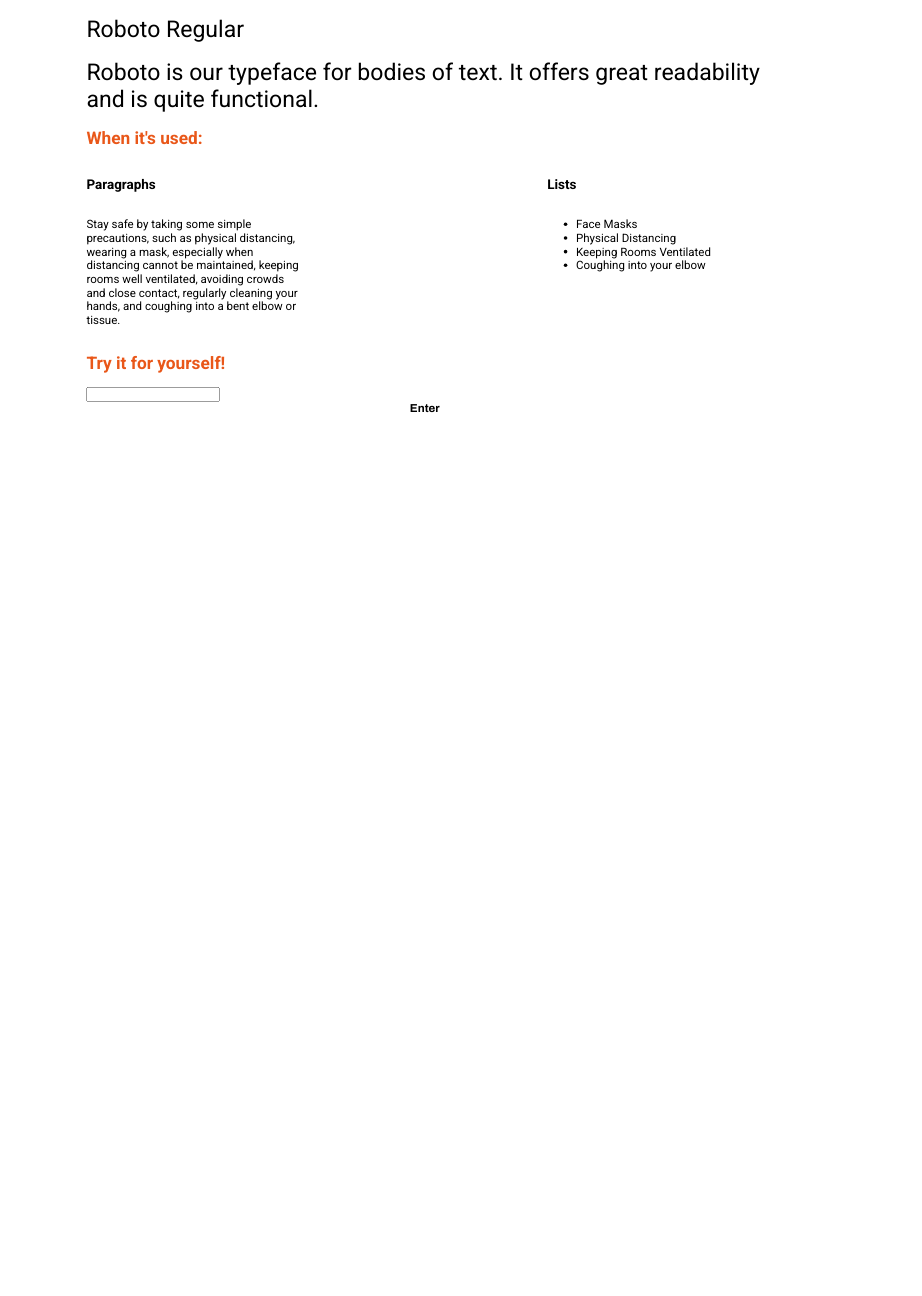
Repository: Levic559/bird-styleguide
Page: typography/index.html
The author's editor kept a copy of each file at every save. The page is drawn from the files as they stood at one save, then again after the next save.
The browser window is 1280 px wide. The pictures show the whole page, at 72% of full size.

Above is the page before, as saved 2021-03-22 05:19:14.

After the next save:
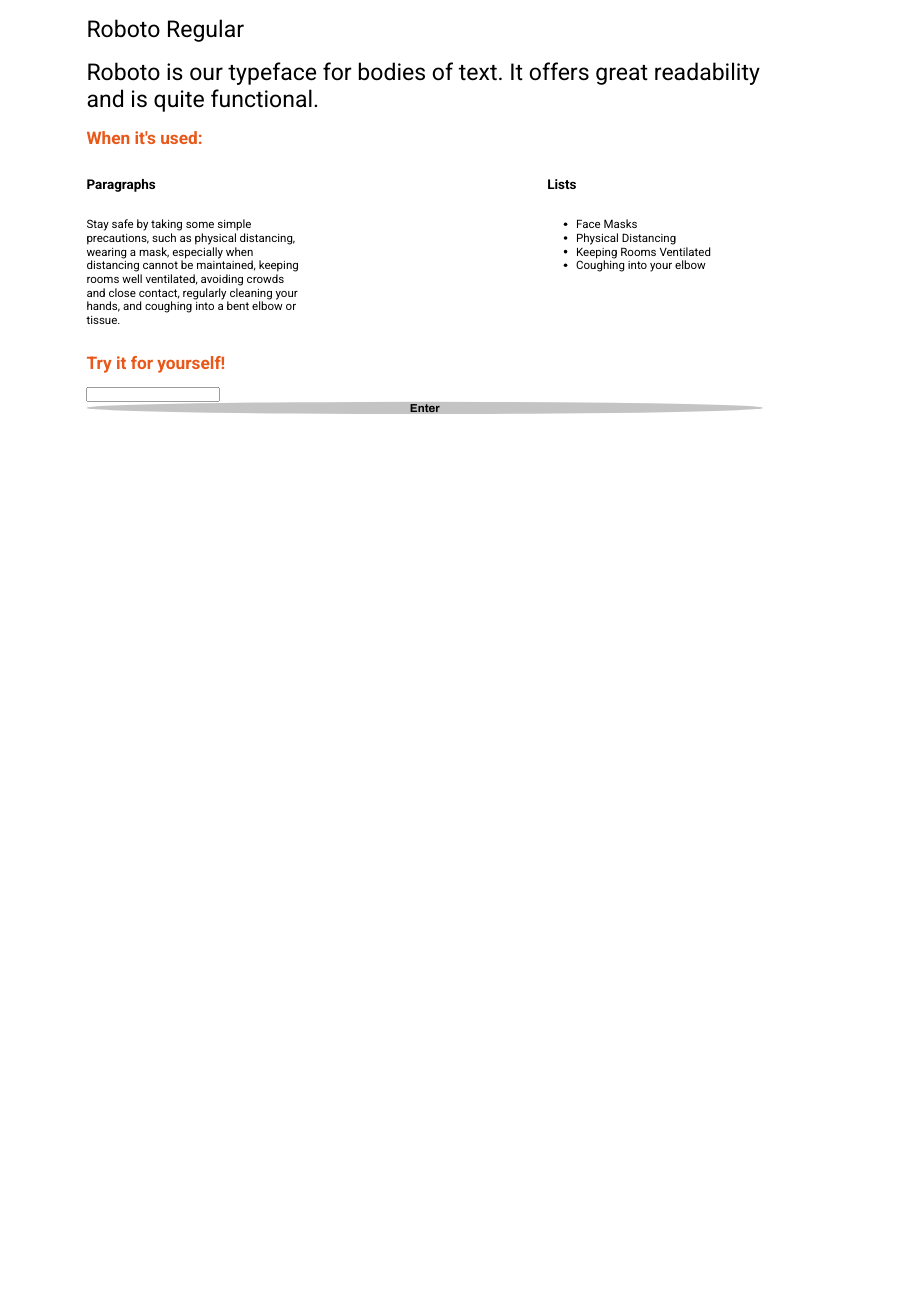
Saved 19 s later.
--- a/typography/style.css
+++ b/typography/style.css
@@ -40,7 +40,7 @@
 }
 
 .enter {
-    background-color: C4C4C4;
+    background-color: #C4C4C4;
     color: black;
     font-family: Archivo;
     font-weight: bold;
@@ -48,6 +48,7 @@
     justify-content: center;
     align-items: center;
     border-radius: 50%;
+
 }
 .seporator {
 
